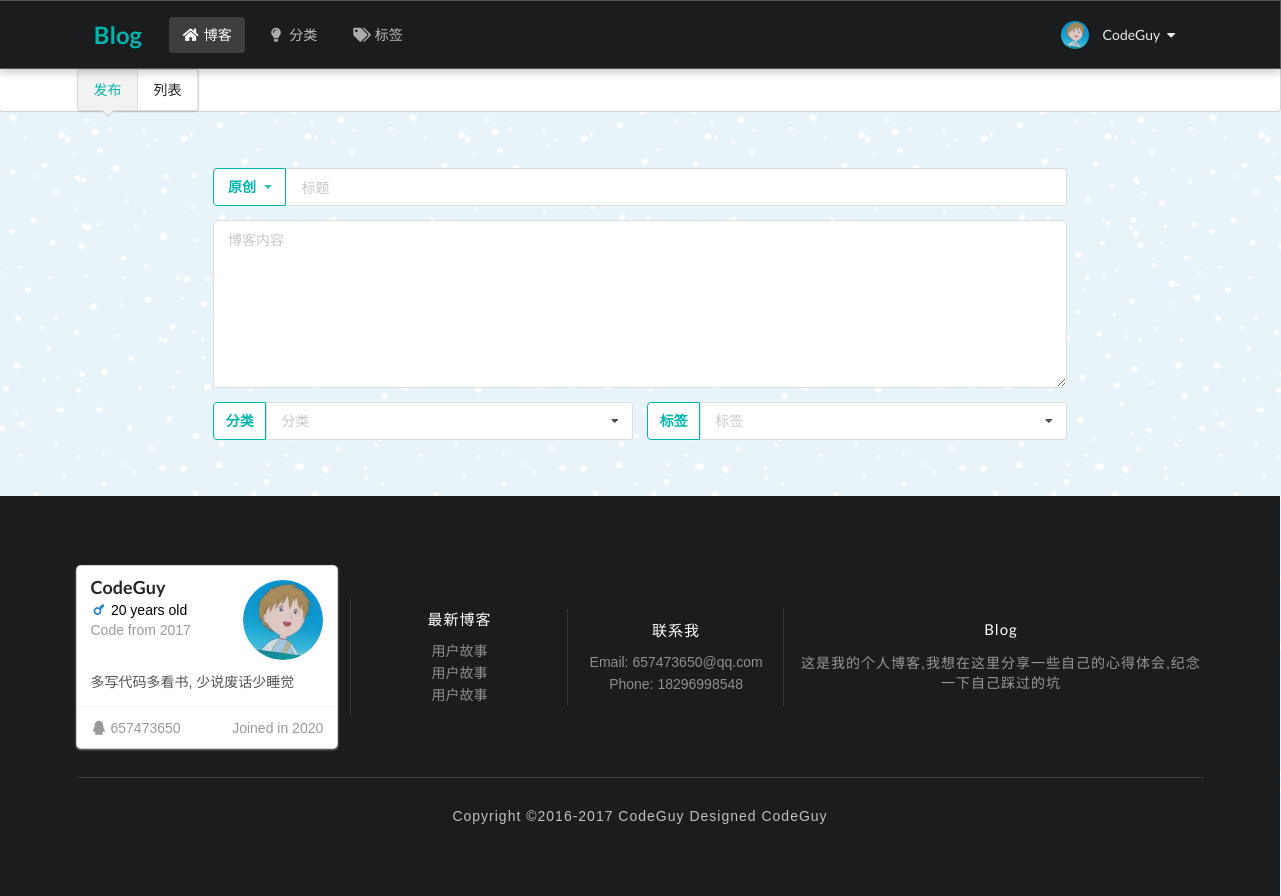
Repository: GOGOHQ/myblog
Page: admin/blog_input.html
An editor plug-in stored every save of this project. The page is shown before and after the next save, followed by the edit.
The browser window is 1280 px wide. The page is 1281 px wide, so the pictures cover 1281 px, including what lies to the right of the window. The pictures show the whole page.
Some web libraries are served in a nearby version.

Above is the page before, as saved 2020-01-19 09:15:20.

### admin/blog_input.html
<!DOCTYPE html>
<html lang="en">
<!-- shift alt + b -->

<head>
    <meta charset="UTF-8">
    <meta name="viewport" content="width=device-width, inital-scale=1.0">
    <title>博客发布</title>
    <link rel="stylesheet" href="../static/css/me.css">
    <link rel="stylesheet" href="https://cdn.jsdelivr.net/semantic-ui/2.2.4/semantic.min.css">

</head>

<body style="background-image: url(../static/images/blue-snow.png);">
<!-- 导航 -->
<nav class="ui inverted attached segment m-padded-tb-mini m-shadow-small">
    <div class="ui container">
        <div class="ui secondary stackable inverted menu">
            <h2 class="ui teal header item">Blog</h2>
            <a href="" class="active m-item m-mobile-hide item"><i class="home icon"></i>博客</a>
            <a href="" class="m-item m-mobile-hide item"><i class="idea icon"></i>分类</a>
            <a href="" class="m-item m-mobile-hide item"><i class="tags icon"></i>标签</a>
            <div class="right menu">
                <div class="ui dropdown item m-mobile-hide m-item" style="padding-left:5px">
                    <div class="text">
                        <img class="ui avatar image" src="../static/images/avatar.jpg"> CodeGuy
                        <i class="dropdown icon"></i>
                    </div>

                    <div class="menu">
                        <div class="item"><i class="power off icon"></i>注销</div>
                    </div>
                </div>
            </div>
            <a href="#" class="menu toggle ui black icon button m-top-right m-mobile-show">
                <i class="icon sidebar"></i>
            </a>
        </div>
    </div>
</nav>
<div class="ui bottom attached pointing menu">
    <div class="ui container">
        <div class="ui left menu">
            <a href="#" class="active teal item">发布</a>
            <a href="#" class="teal item">列表</a>
        </div>
    </div>
</div>
<!-- 内容 -->
<div class="m-padded-tb-big m-small-container">
    <div class="ui container">
        <form action="#" method="POST" class="ui form">
            <div class="field">
                <div class="ui left labeled input">
                    <div class="ui selection teal basic compact dropdown label">
                        <input type="hidden" value="原创">
                        <i class="dropdown icon"></i>
                        <div class="text">原创</div>
                        <div class="menu">
                            <div class="item" data-value="原创">原创</div>
                            <div class="item" data-value="转载">转载</div>
                            <div class="item" data-value="翻译">翻译</div>
                        </div>
                    </div>
                    <input type="text" name="title" placeholder="标题">
                </div>
            </div>
            <div class="field">
                <textarea placeholder="博客内容" name="content"></textarea>
            </div>
            <div class="two fields">
                <div class="field">
                    <div class="ui left labeled action input">
                        <label class="ui compact teal basic label">分类</label>
                        <div class="ui fluid selection dropdown">
                            <input type="hidden" type="type">
                            <i class="dropdown icon"></i>
                            <div class="default text">分类</div>
                            <div class="menu">
                                <div class="item" data-value="1">错误日志</div>
                                <div class="item" data-value="2">开发者手册</div>
                            </div>
                        </div>
                    </div>
                </div>
                <div class="field">
                    <div class="ui left labeled action input">
                        <label class="ui compact teal basic label">标签</label>
                        <div class="ui multiple search fluid selection dropdown">
                            <input type="hidden" name="tag">
                            <i class="dropdown icon"></i>
                            <div class="default text">标签</div>
                            <div class="menu">
                                <div class="item" data-value="1">Java</div>
                                <div class="item" data-value="2">JavaScript</div>
                            </div>
                        </div>
                    </div>
                </div>
            </div>
        </form>
    </div>
</div>
<!-- 底部 -->
<footer class="ui inverted vertical segment  m-padded-tb-massive ">
    <div class="ui center aligned container ">
        <div class="ui inverted stackable divided grid fluid ">
            <div class="four wide column left aligned ">
                <div class="ui fluid card ">
                    <div class="content ">
                        <img class="right circular floated tiny ui image " src="../static/images/avatar.jpg ">
                        <div class="header ">
                            CodeGuy
                        </div>
                        <div class="meta ">
                            <i class="icon blue mars stroke " style="margin:0px "></i>
                            <text style="color:black; ">20 years old</text>
                        </div>
                        <div class="meta ">
                            Code from 2017
                        </div>
                        <div class="description ">
                            多写代码多看书, 少说废话少睡觉
                        </div>
                    </div>
                    <div class="extra content ">
                        <a>
                            <i class="qq icon "></i>657473650
                        </a>
                        <span class="right floated ">
                                    Joined in 2020
                                  </span>
                    </div>
                </div>
            </div>
            <div class="center middle aligned three wide column ">
                <h4 class="ui inverted header m-text-thin m-text-spaced ">最新博客</h4>
                <div class="ui inverted link list ">
                    <a href="# " class="item ">用户故事</a>
                    <a href="# " class="item ">用户故事</a>
                    <a href="# " class="item ">用户故事</a>
                </div>
            </div>
            <div class="center aligned three wide column middle aligned ">
                <h4 class="ui inverted header m-text-thin m-text-spaced ">联系我</h4>
                <div class="ui inverted link list ">
                    <a href="# " class="item ">Email: 657473650@qq.com</a>
                    <a href="# " class="item ">Phone: 18296998548</a>

                </div>
            </div>
            <div class="six wide middle aligned column ">
                <h4 class="ui inverted header m-text-thin m-text-spaced ">Blog</h4>
                <p class="m-text-thin m-text-spaced m-text-tiny-opacity ">这是我的个人博客,我想在这里分享一些自己的心得体会,纪念一下自己踩过的坑</p>
            </div>
        </div>
        <div class="ui inverted section divider "></div>
        <p class="m-text-thin m-text-spaced m-text-mini-opacity ">Copyright ©2016-2017 CodeGuy Designed CodeGuy</p>
    </div>
</footer>
</body>
<script src="https://cdn.jsdelivr.net/npm/jquery@3.2/dist/jquery.min.js"></script>
<script src="https://cdn.jsdelivr.net/semantic-ui/2.2.4/semantic.min.js"></script>
<script>
    $('.menu.toggle').click(function () {
        $('.m-item').fadeToggle().toggleClass('m-mobile-hide')
    });
    $('.ui.dropdown').dropdown();
</script>

</html>

### static/css/me.css
/* postion */

.m-top-right {
    position: absolute !important;
    top: 0;
    right: 0;
}


/*margin*/

.m-margin-tb-tiny {
    margin-top: 0.3em !important;
    margin-bottom: 0.3em !important;
}

.m-margin-top-small {
    margin-top: 0.5em !important;
}

.m-margin-lr-small {
    margin-right: 0.5em !important;
}

.m-margin-bottom-small {
    margin-bottom: 1em !important;
}

.m-margin-top-large {
    margin-top: 2em !important;
}

.m-margin-top {
    margin-top: 1em !important;
}

body {
    font-family: "WenQuanYi Micro Hei", sans-serif !important;
}


/* padding */

.m-padded-lr-responsive {
    padding-left: 3.5em !important;
    padding-right: 3.5em !important;
}

.m-padded-mini {
    padding: 0.2em !important;
}

.m-padded-tiny {
    padding: 0.3em !important;
}

.m-padded-small {
    padding: 0.5em !important;
}

.m-padded-tb-mini {
    padding-top: 0.2em !important;
    padding-bottom: 0.2em !important;
}

.m-padded-top-middle {
    padding-top: 40px !important
}

.m-padded-tb-massive {
    padding-top: 5em !important;
    padding-bottom: 5em !important;
}

.m-padded-tb-large {
    padding-top: 2em !important;
    padding-bottom: 2em !important;
}

.m-padded-tb-big {
    padding-top: 3em !important;
    padding-bottom: 3em !important;
}

.m-padded-tb-tiny {
    padding-top: 0.3em !important;
    padding-bottom: 0.3em !important;
}

.m-padded-tb-huge {
    padding-top: 4em !important;
    padding-bottom: 4em !important;
}

.m-padded-tb {
    padding-top: 1em !important;
    padding-bottom: 1em !important;
}

.m-padded-tb-small {
    padding-top: 0.5em !important;
    padding-bottom: 0.5em !important;
}


/* shadow */

.m-shadow-small {
    -webkit-box-shadow: 0 4px 8px rgba(0, 0, 0, 0.2) !important;
    box-shadow: 0 4px 8px rgba(0, 0, 0, 0.2) !important;
}

.m-top-shadow {
    -webkit-box-shadow: 0 4px 8px rgba(0, 0, 0, 0.3) !important;
    box-shadow: 8px 0px 20px rgba(0, 0, 0, 0.6) !important;
}


/* color */

.m-black {
    color: #333 !important;
}


/* text */

.m-label-text {
    line-height: 1.6 !important;
    font-weight: 550 !important;
    letter-spacing: 1px !important;
    opacity: 0.85 !important;
}

.m-label-text-big {
    font-weight: 700 !important;
    letter-spacing: 1px !important;
    opacity: 0.9 !important;
}

.m-text-thin {
    font-weight: 400 !important
}

.m-text-spaced {
    letter-spacing: 1px !important
}

.m-text-lined {
    line-height: 1.8 !important
}

.m-text-mini-opacity {
    opacity: 0.8 !important
}

.m-text-tiny-opacity {
    opacity: 0.6 !important
}

.m-text {
    line-height: 1.6 !important;
    font-weight: 400 !important;
    letter-spacing: 1px !important;
    opacity: 0.8 !important
}

.m-info-text {
    line-height: 1.6 !important;
    font-weight: 600 !important;
    letter-spacing: 1px !important;
    opacity: 0.8 !important;
    color: #333 !important;
}


/* display */

.m-inline-block {
    display: inline-block !important;
}


/* container */

.m-container {
    max-width: 78em !important;
    margin: auto !important;
}

.m-small-container {
    max-width: 61em !important;
    margin: auto !important;
}

.m-mobile-show {
    display: none !important;
}

.sbtn {
    margin: 0 !important;
    margin-right: 120px !important;
}

.sinput {
    margin: 0 !important;
    margin-left: 12px !important;
}

.m-tb-mobile-lr {
    margin-left: 0px !important;
}

@media screen and (max-width: 768px) {
    .m-mobile-hide {
        display: none !important;
    }

    .m-mobile-show {
        display: block !important;
    }

    .m-padded-lr-responsive {
        padding-left: 0 !important;
        padding-right: 0 !important;
    }

    .m-mobile-lr-clear {
        padding-right: 0 !important;
        padding-left: 0 !important;
    }

    .m-tb-mobile-lr {
        padding-left: 12px !important;
    }

    .sbtn {
        margin-top: 10px !important;
        margin-right: 12px !important;
        margin-left: 9px !important;
    }

    .sinput {
        margin-top: 10px !important;
        margin-right: 12px !important;
    }
}

After the next save:
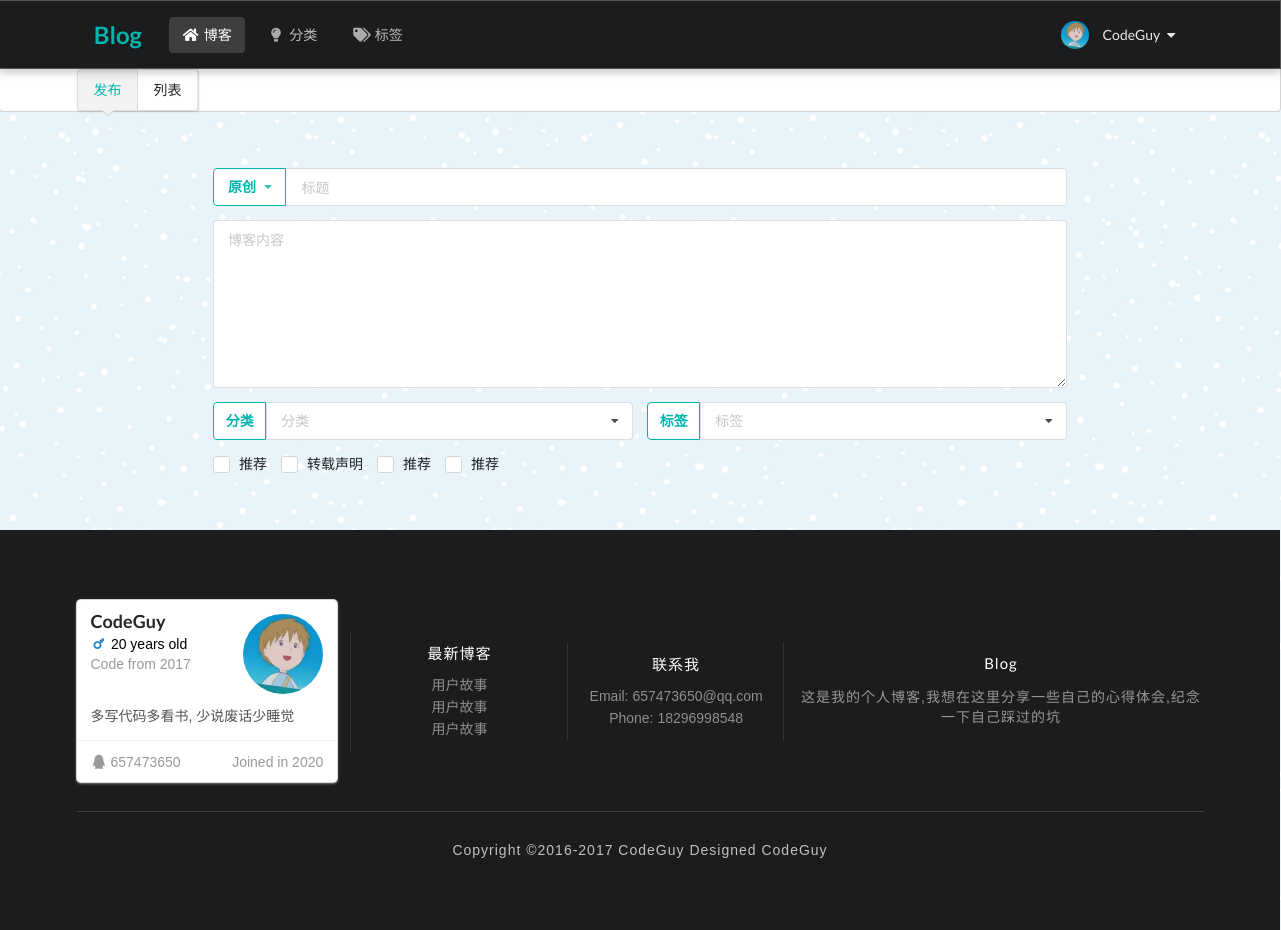
Saved 3 min 37 s later.
--- a/admin/blog_input.html
+++ b/admin/blog_input.html
@@ -98,6 +98,32 @@
                     </div>
                 </div>
             </div>
+            <div class="inline fields">
+                <div class="field">
+                    <div class="ui checkbox">
+                        <input type="checkbox" name="recommend" class="hidden" id="recommend">
+                        <label for="recommend">推荐</label>
+                    </div>
+                </div>
+                <div class="field">
+                    <div class="ui checkbox">
+                        <input type="checkbox" name="shareinfo" class="hidden" id="shareinfo">
+                        <label for="shareinfo">转载声明</label>
+                    </div>
+                </div>
+                <div class="field">
+                    <div class="ui checkbox">
+                        <input type="checkbox" name="recommend" class="hidden" id="recommend">
+                        <label for="recommend">推荐</label>
+                    </div>
+                </div>
+                <div class="field">
+                    <div class="ui checkbox">
+                        <input type="checkbox" name="recommend" class="hidden" id="recommend">
+                        <label for="recommend">推荐</label>
+                    </div>
+                </div>
+            </div>
         </form>
     </div>
 </div>
